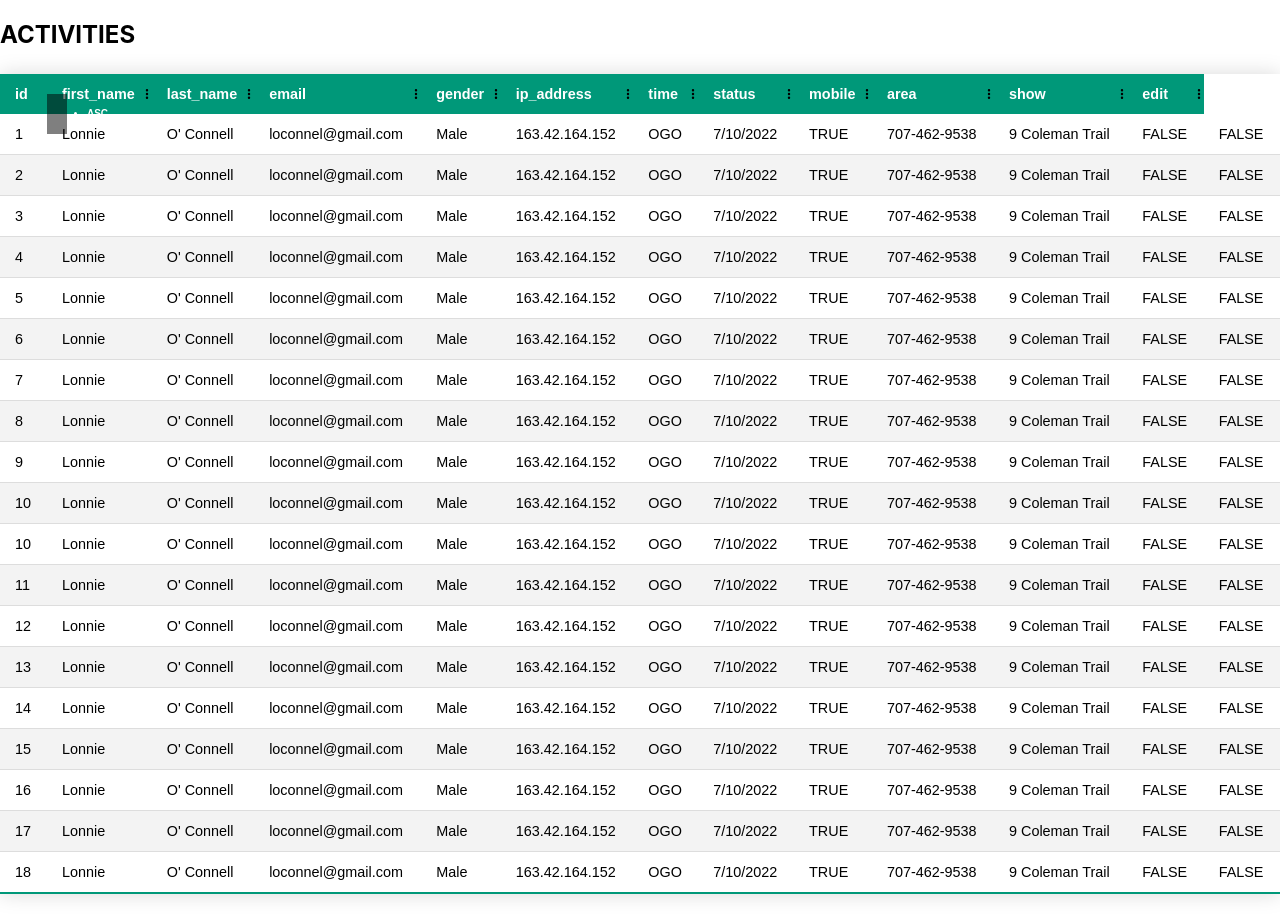
Repository: kartik077-cr7/Ckart
Page: /, after clicking the first element matching `img`
An editor plug-in stored every save of this project. The page is shown before and after the next save, followed by the edit.
The browser window is 1280 px wide. The pictures show the whole page.
The project was rebuilt for these pictures with package versions that can differ from the ones it lists, and the page was loaded fresh each time.

Above is the page before, as saved 2022-12-10 18:13:24.

After the next save:
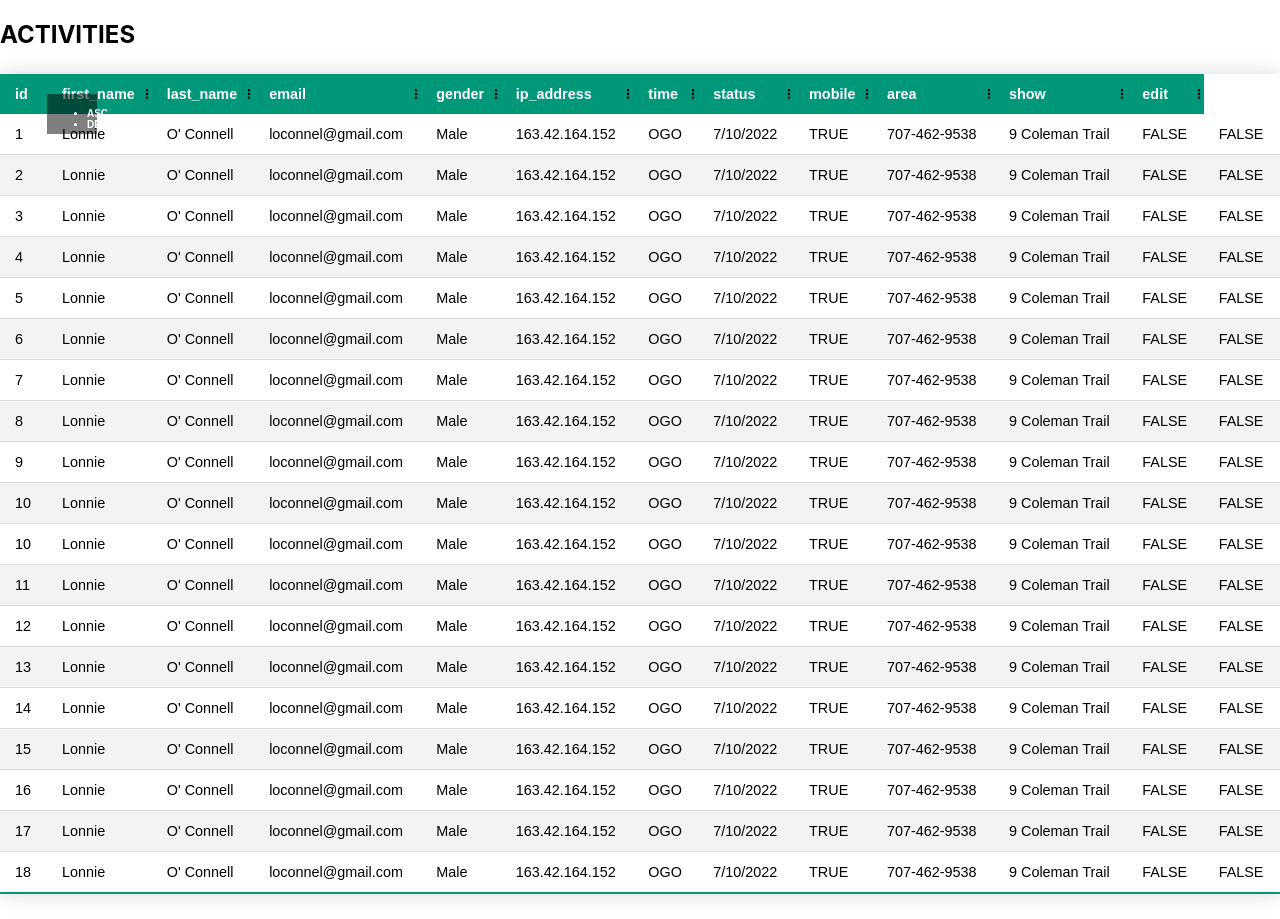
Saved 6 s later.
--- a/src/App.css
+++ b/src/App.css
@@ -48,7 +48,7 @@
 	bottom: 0;
 	background-color: rgba(0,0,0,0.5);
 	height: 40px;
-	width: 20px;
+	width:  50px;
 }
 
 .modal-body{
